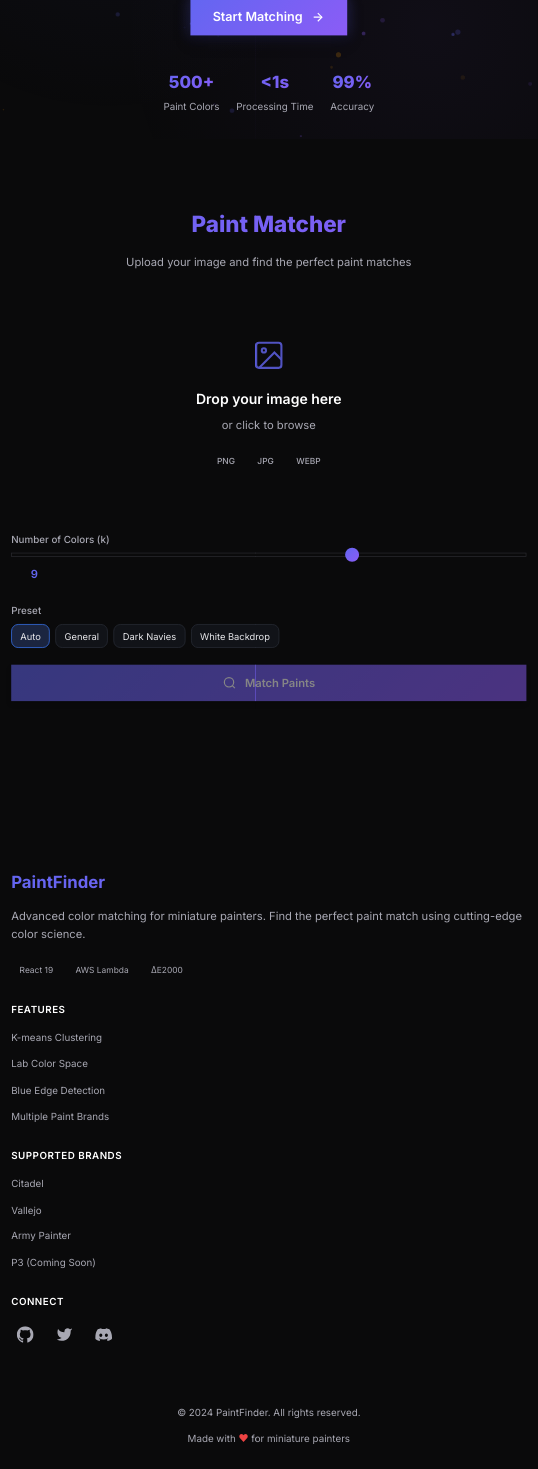
Repository: Aldentec/paint-finder-website
Page: /
An editor plug-in stored every save of this project. The page is shown before and after the next save, followed by the edit.
The browser window is 768 px wide. The pictures show the part of the page from y = 602 to 2842 px (the page is 2701 px tall before and 2842 px after), at 70% of full size.
The page's requests for data from a server got no answer. The project was rebuilt for these pictures with package versions that can differ from the ones it lists, and the page was loaded fresh each time. No one was signed in, and anything a server would have sent is missing. Also part of the build but not shown: src/components/PaletteDisplay/PaletteDisplay.css, src/components/PaletteDisplay/PaletteDisplay.js, src/components/MatchResults/MatchResults.css, src/components/MatchResults/MatchResults.js, src/components/ShoppingList/ShoppingList.css, src/components/ShoppingList/ShoppingList.js.

Above is the page before, as saved 2025-09-01 07:59:03.

### src/components/Header/Header.css
/* src/components/Header/Header.css */
.header {
  position: fixed;
  top: 0;
  left: 0;
  right: 0;
  z-index: 1000;
  background: rgba(10, 10, 11, 0.8);
  backdrop-filter: blur(12px);
  -webkit-backdrop-filter: blur(12px);
  border-bottom: 1px solid transparent;
  transition: var(--transition-smooth);
}

.header.scrolled {
  background: rgba(10, 10, 11, 0.95);
  border-bottom-color: var(--border);
  box-shadow: var(--shadow-lg);
}

.nav {
  display: flex;
  align-items: center;
  justify-content: space-between;
  height: 4rem;
}

.logo {
  display: flex;
  align-items: center;
  gap: 0.75rem;
  cursor: pointer;
  transition: var(--transition-base);
}

.logo:hover {
  transform: translateY(-2px);
}

.logo-text {
  font-size: 1.25rem;
  font-weight: 700;
  background: var(--gradient-primary);
  -webkit-background-clip: text;
  -webkit-text-fill-color: transparent;
  background-clip: text;
}

.nav-links {
  display: flex;
  align-items: center;
  gap: 2rem;
}

.nav-link {
  color: var(--text-secondary);
  text-decoration: none;
  font-weight: 500;
  font-size: 0.95rem;
  position: relative;
  transition: var(--transition-base);
  padding: 0.5rem 0;
}

.nav-link::after {
  content: '';
  position: absolute;
  bottom: 0;
  left: 0;
  width: 0;
  height: 2px;
  background: var(--gradient-primary);
  transition: width 0.3s ease;
}

.nav-link:hover {
  color: var(--text-primary);
}

.nav-link:hover::after {
  width: 100%;
}

.nav-link svg {
  vertical-align: middle;
  transition: var(--transition-base);
}

.nav-link:hover svg {
  transform: scale(1.1);
}

.mobile-menu-btn {
  display: none;
  flex-direction: column;
  justify-content: center;
  align-items: center;
  background: transparent;
  border: none;
  cursor: pointer;
  padding: 0.5rem;
  gap: 4px;
}

.menu-bar {
  width: 24px;
  height: 2px;
  background: var(--text-primary);
  border-radius: var(--radius-full);
  transition: var(--transition-bounce);
}

.menu-bar.open:nth-child(1) {
  transform: rotate(45deg) translate(5px, 5px);
}

.menu-bar.open:nth-child(2) {
  opacity: 0;
  transform: scale(0);
}

.menu-bar.open:nth-child(3) {
  transform: rotate(-45deg) translate(6px, -6px);
}

/* Mobile Styles */
@media (max-width: 768px) {
  .mobile-menu-btn {
    display: flex;
  }

  .nav-links {
    position: fixed;
    top: 4rem;
    left: 0;
    right: 0;
    background: rgba(10, 10, 11, 0.98);
    backdrop-filter: blur(12px);
    flex-direction: column;
    padding: 2rem;
    gap: 1rem;
    transform: translateY(-150%);
    transition: transform 0.3s ease;
    border-bottom: 1px solid var(--border);
  }

  .nav-links.mobile-open {
    transform: translateY(0);
  }

  .nav-link {
    width: 100%;
    text-align: center;
    padding: 1rem;
    border-radius: var(--radius-lg);
  }

  .nav-link:hover {
    background: var(--surface);
  }

  .nav-link::after {
    display: none;
  }
}

### src/components/Hero/Hero.css
/* src/components/Hero/Hero.css */
.hero {
  min-height: 100vh;
  display: flex;
  align-items: center;
  justify-content: center;
  position: relative;
  overflow: hidden;
  padding-top: 4rem;
}

.hero-canvas {
  position: absolute;
  top: 0;
  left: 0;
  width: 100%;
  height: 100%;
  z-index: 1;
  opacity: 0.6;
}

.hero-content {
  max-width: 800px;
  margin: 0 auto;
  padding: 2rem;
  text-align: center;
  position: relative;
  z-index: 2;
  animation: fadeIn 1s ease-out;
}

.hero-badge {
  display: inline-block;
  margin-bottom: 1.5rem;
  animation: slideInLeft 0.8s ease-out;
}

.badge-text {
  display: inline-block;
  padding: 0.5rem 1rem;
  background: rgba(99, 102, 241, 0.1);
  border: 1px solid rgba(99, 102, 241, 0.3);
  border-radius: var(--radius-full);
  font-size: 0.875rem;
  font-weight: 500;
  color: var(--primary-light);
}

.hero-title {
  font-size: clamp(2.5rem, 6vw, 4.5rem);
  font-weight: 900;
  line-height: 1.1;
  margin-bottom: 1.5rem;
  animation: slideInRight 0.8s ease-out;
}

.title-gradient {
  display: block;
  background: linear-gradient(135deg, #6366f1 0%, #8b5cf6 50%, #f59e0b 100%);
  -webkit-background-clip: text;
  -webkit-text-fill-color: transparent;
  background-clip: text;
  margin-bottom: 0.5rem;
}

.title-regular {
  display: block;
  color: var(--text-primary);
}

.hero-description {
  font-size: 1.125rem;
  line-height: 1.7;
  color: var(--text-secondary);
  max-width: 600px;
  margin: 0 auto 2rem;
  animation: fadeIn 1s ease-out 0.2s both;
}

.hero-features {
  display: flex;
  flex-wrap: wrap;
  gap: 1rem;
  justify-content: center;
  margin-bottom: 2rem;
  animation: fadeIn 1s ease-out 0.4s both;
}

.feature-item {
  display: flex;
  align-items: center;
  gap: 0.5rem;
  padding: 0.5rem 1rem;
  background: var(--surface);
  border: 1px solid var(--border);
  border-radius: var(--radius-lg);
  font-size: 0.875rem;
  color: var(--text-secondary);
  transition: var(--transition-base);
}

.feature-item:hover {
  border-color: var(--primary);
  color: var(--text-primary);
  transform: translateY(-2px);
}

.feature-item svg {
  color: var(--success);
  flex-shrink: 0;
}

.hero-cta {
  display: inline-flex;
  align-items: center;
  gap: 0.75rem;
  padding: 1rem 2rem;
  background: var(--gradient-primary);
  color: white;
  border: none;
  border-radius: var(--radius-full);
  font-size: 1.125rem;
  font-weight: 600;
  cursor: pointer;
  transition: var(--transition-bounce);
  box-shadow: var(--shadow-lg), var(--shadow-glow);
  animation: fadeIn 1s ease-out 0.6s both;
}

.hero-cta:hover {
  transform: translateY(-3px);
  box-shadow: var(--shadow-xl), 0 0 30px rgba(99, 102, 241, 0.5);
}

.hero-cta svg {
  transition: var(--transition-base);
}

.hero-cta:hover svg {
  transform: translateX(4px);
}

.hero-stats {
  display: flex;
  justify-content: center;
  gap: 3rem;
  margin-top: 3rem;
  animation: fadeIn 1s ease-out 0.8s both;
}

.stat-item {
  text-align: center;
}

.stat-number {
  display: block;
  font-size: 2rem;
  font-weight: 800;
  background: var(--gradient-primary);
  -webkit-background-clip: text;
  -webkit-text-fill-color: transparent;
  background-clip: text;
  margin-bottom: 0.25rem;
}

.stat-label {
  display: block;
  font-size: 0.875rem;
  color: var(--text-secondary);
}

.hero-scroll {
  position: absolute;
  bottom: 2rem;
  left: 50%;
  transform: translateX(-50%);
  display: flex;
  flex-direction: column;
  align-items: center;
  gap: 0.5rem;
  color: var(--text-muted);
  font-size: 0.875rem;
  animation: float 3s ease-in-out infinite;
}

.scroll-arrow {
  width: 20px;
  height: 20px;
  border-right: 2px solid var(--text-muted);
  border-bottom: 2px solid var(--text-muted);
  transform: rotate(45deg);
  animation: pulse 2s ease-in-out infinite;
}

/* Mobile Styles */
@media (max-width: 768px) {
  .hero-features {
    flex-direction: column;
  }

  .feature-item {
    width: 100%;
    justify-content: center;
  }

  .hero-stats {
    gap: 1.5rem;
  }

  .stat-number {
    font-size: 1.5rem;
  }

  .hero-scroll {
    display: none;
  }
}

### src/components/PaintMatcher/PaintMatcher.css
/* src/components/PaintMatcher/PaintMatcher.css */
.paint-matcher {
  padding: 6rem 0 4rem;
  min-height: 100vh;
}

.section-header {
  text-align: center;
  margin-bottom: 3rem;
}

.section-title {
  font-size: 3rem;
  font-weight: 800;
  margin-bottom: 1rem;
  background: var(--gradient-primary);
  -webkit-background-clip: text;
  -webkit-text-fill-color: transparent;
  background-clip: text;
}

.section-subtitle {
  font-size: 1.25rem;
  color: var(--text-secondary);
}

.matcher-grid {
  display: grid;
  grid-template-columns: 400px 1fr;
  gap: 2rem;
  align-items: start;
}

.upload-section {
  position: sticky;
  top: 5rem;
}

.controls {
  margin-top: 1.5rem;
  display: flex;
  flex-direction: column;
  gap: 1.5rem;
}

.control-group {
  display: flex;
  flex-direction: column;
  gap: 0.5rem;
}

.control-label {
  font-size: 0.875rem;
  font-weight: 500;
  color: var(--text-secondary);
}

.range-input {
  -webkit-appearance: none;
  appearance: none;
  width: 100%;
  height: 6px;
  background: var(--surface-light);
  border-radius: var(--radius-full);
  outline: none;
  transition: var(--transition-base);
}

.range-input::-webkit-slider-thumb {
  -webkit-appearance: none;
  appearance: none;
  width: 20px;
  height: 20px;
  background: var(--gradient-primary);
  border-radius: 50%;
  cursor: pointer;
  transition: var(--transition-base);
}

.range-input::-webkit-slider-thumb:hover {
  transform: scale(1.2);
  box-shadow: var(--shadow-glow);
}

.range-input::-moz-range-thumb {
  width: 20px;
  height: 20px;
  background: var(--gradient-primary);
  border-radius: 50%;
  cursor: pointer;
  transition: var(--transition-base);
}

.range-value {
  display: inline-block;
  padding: 0.25rem 0.75rem;
  background: var(--surface-light);
  border-radius: var(--radius-md);
  font-weight: 600;
  color: var(--primary);
  margin-left: 1rem;
}

.match-button {
  display: flex;
  align-items: center;
  justify-content: center;
  gap: 0.75rem;
  width: 100%;
  padding: 1rem;
  background: var(--gradient-primary);
  color: white;
  border: none;
  border-radius: var(--radius-lg);
  font-size: 1rem;
  font-weight: 600;
  cursor: pointer;
  transition: var(--transition-bounce);
  box-shadow: var(--shadow-md);
}

.match-button:hover:not(:disabled) {
  transform: translateY(-2px);
  box-shadow: var(--shadow-lg), var(--shadow-glow);
}

.match-button:disabled {
  opacity: 0.5;
  cursor: not-allowed;
}

.spinner {
  width: 20px;
  height: 20px;
  border: 2px solid rgba(255, 255, 255, 0.3);
  border-top-color: white;
  border-radius: 50%;
  animation: spin 0.8s linear infinite;
}

.error-message {
  display: flex;
  align-items: center;
  gap: 0.5rem;
  padding: 1rem;
  background: rgba(239, 68, 68, 0.1);
  border: 1px solid rgba(239, 68, 68, 0.3);
  border-radius: var(--radius-lg);
  color: #ef4444;
  font-size: 0.875rem;
}

.results-section {
  display: flex;
  flex-direction: column;
  gap: 2rem;
}

/* Mobile Styles */
@media (max-width: 1024px) {
  .matcher-grid {
    grid-template-columns: 1fr;
  }

  .upload-section {
    position: static;
  }
}

@media (max-width: 768px) {
  .section-title {
    font-size: 2rem;
  }

  .section-subtitle {
    font-size: 1rem;
  }
}

### src/components/PresetSelector/PresetSelector.jsx
// src/components/PresetSelector.jsx
import React from "react";
import { PRESETS } from "../../utils/presets";

export default function PresetSelector({ value, onChange }) {
  return (
    <div role="group" aria-label="Mode" style={{ display:"flex", gap:8, flexWrap:"wrap" }}>
      {Object.entries(PRESETS).map(([key, meta]) => (
        <button
          key={key}
          type="button"
          onClick={() => onChange(key)}
          title={meta.desc}
          style={{
            padding:"8px 12px",
            borderRadius:10,
            border: value === key ? "1px solid #3b7bfd" : "1px solid #2a2e38",
            background: value === key ? "#1b2540" : "#111318",
            color:"#e7e7ea",
            cursor:"pointer"
          }}
        >
          {meta.label}
        </button>
      ))}
    </div>
  );
}

### src/components/Footer/Footer.css
/* src/components/Footer/Footer.css */
.footer {
  margin-top: 6rem;
  padding: 3rem 0 2rem;
  background: var(--surface);
  border-top: 1px solid var(--border);
}

.footer-content {
  display: grid;
  grid-template-columns: 2fr 1fr 1fr 1fr;
  gap: 3rem;
  margin-bottom: 3rem;
}

.footer-section {
  display: flex;
  flex-direction: column;
  gap: 1rem;
}

.footer-title {
  font-size: 1.5rem;
  font-weight: 700;
  background: var(--gradient-primary);
  -webkit-background-clip: text;
  -webkit-text-fill-color: transparent;
  background-clip: text;
}

.footer-description {
  color: var(--text-secondary);
  line-height: 1.6;
}

.footer-badges {
  display: flex;
  flex-wrap: wrap;
  gap: 0.5rem;
  margin-top: 0.5rem;
}

.tech-badge {
  padding: 0.25rem 0.75rem;
  background: var(--surface-light);
  border: 1px solid var(--border);
  border-radius: var(--radius-full);
  font-size: 0.75rem;
  color: var(--text-secondary);
}

.footer-subtitle {
  font-size: 0.875rem;
  font-weight: 600;
  text-transform: uppercase;
  letter-spacing: 0.05em;
  color: var(--text-primary);
}

.footer-links {
  list-style: none;
  display: flex;
  flex-direction: column;
  gap: 0.75rem;
}

.footer-links a {
  color: var(--text-secondary);
  text-decoration: none;
  font-size: 0.875rem;
  transition: var(--transition-base);
}

.footer-links a:hover {
  color: var(--primary);
  transform: translateX(4px);
}

.social-links {
  display: flex;
  gap: 1rem;
}

.social-link {
  width: 40px;
  height: 40px;
  display: flex;
  align-items: center;
  justify-content: center;
  background: var(--surface-light);
  border: 1px solid var(--border);
  border-radius: var(--radius-lg);
  color: var(--text-secondary);
  transition: var(--transition-bounce);
}

.social-link:hover {
  background: var(--gradient-primary);
  border-color: transparent;
  color: white;
  transform: translateY(-4px);
  box-shadow: var(--shadow-lg), var(--shadow-glow);
}

.footer-bottom {
  padding-top: 2rem;
  border-top: 1px solid var(--border);
  display: flex;
  justify-content: space-between;
  align-items: center;
}

.copyright {
  color: var(--text-secondary);
  font-size: 0.875rem;
}

.made-with {
  color: var(--text-secondary);
  font-size: 0.875rem;
}

.heart {
  color: var(--error);
  animation: pulse 2s ease-in-out infinite;
}

/* Mobile Styles */
@media (max-width: 768px) {
  .footer-content {
    grid-template-columns: 1fr;
    gap: 2rem;
  }

  .footer-bottom {
    flex-direction: column;
    gap: 1rem;
    text-align: center;
  }
}

### src/components/ImageUploader/ImageUploader.css
/* src/components/ImageUploader/ImageUploader.css */
.image-uploader {
  width: 100%;
}

.file-input {
  display: none;
}

.upload-area {
  position: relative;
  width: 100%;
  min-height: 300px;
  background: var(--surface);
  border: 2px dashed var(--border);
  border-radius: var(--radius-xl);
  cursor: pointer;
  transition: var(--transition-smooth);
  overflow: hidden;
}

.upload-area:hover {
  border-color: var(--primary);
  background: var(--surface-light);
}

.upload-area.dragging {
  border-color: var(--primary);
  background: rgba(99, 102, 241, 0.05);
  transform: scale(1.02);
}

.upload-area.has-image {
  border-style: solid;
}

.preview-container {
  position: relative;
  width: 100%;
  height: 100%;
}

.preview-image {
  width: 100%;
  height: 100%;
  object-fit: contain;
  display: block;
}

.preview-overlay {
  position: absolute;
  top: 0;
  left: 0;
  right: 0;
  bottom: 0;
  background: rgba(0, 0, 0, 0.7);
  display: flex;
  flex-direction: column;
  align-items: center;
  justify-content: center;
  gap: 0.5rem;
  color: white;
  opacity: 0;
  transition: var(--transition-base);
}

.preview-container:hover .preview-overlay {
  opacity: 1;
}

.upload-placeholder {
  display: flex;
  flex-direction: column;
  align-items: center;
  justify-content: center;
  padding: 3rem 2rem;
  text-align: center;
}

.upload-icon {
  margin-bottom: 1rem;
  color: var(--primary);
  opacity: 0.8;
}

.upload-title {
  font-size: 1.25rem;
  font-weight: 600;
  color: var(--text-primary);
  margin-bottom: 0.5rem;
}

.upload-subtitle {
  color: var(--text-secondary);
  margin-bottom: 1.5rem;
}

.upload-formats {
  display: flex;
  gap: 0.5rem;
}

.format-badge {
  padding: 0.25rem 0.75rem;
  background: var(--surface-light);
  border: 1px solid var(--border);
  border-radius: var(--radius-full);
  font-size: 0.75rem;
  font-weight: 500;
  color: var(--text-secondary);
}

Loaded but not shown: public/index.html (common file); src/index.js (common file); src/index.css (common file); src/reportWebVitals.js (common file); src/utils/usePalette.js (210 lines, source omitted); src/components/PaintMatcher/PaintMatcher.js (200 lines, source omitted); src/components/Hero/Hero.js (147 lines, source omitted); src/components/Footer/Footer.js (76 lines, source omitted); src/components/Header/Header.js (63 lines, source omitted); src/components/ImageUploader/ImageUploader.js (86 lines, source omitted); src/utils/presets.js (40 lines, source omitted); src/App.js (20 lines, source omitted); src/App.css (240 lines, source omitted)

After the next save:
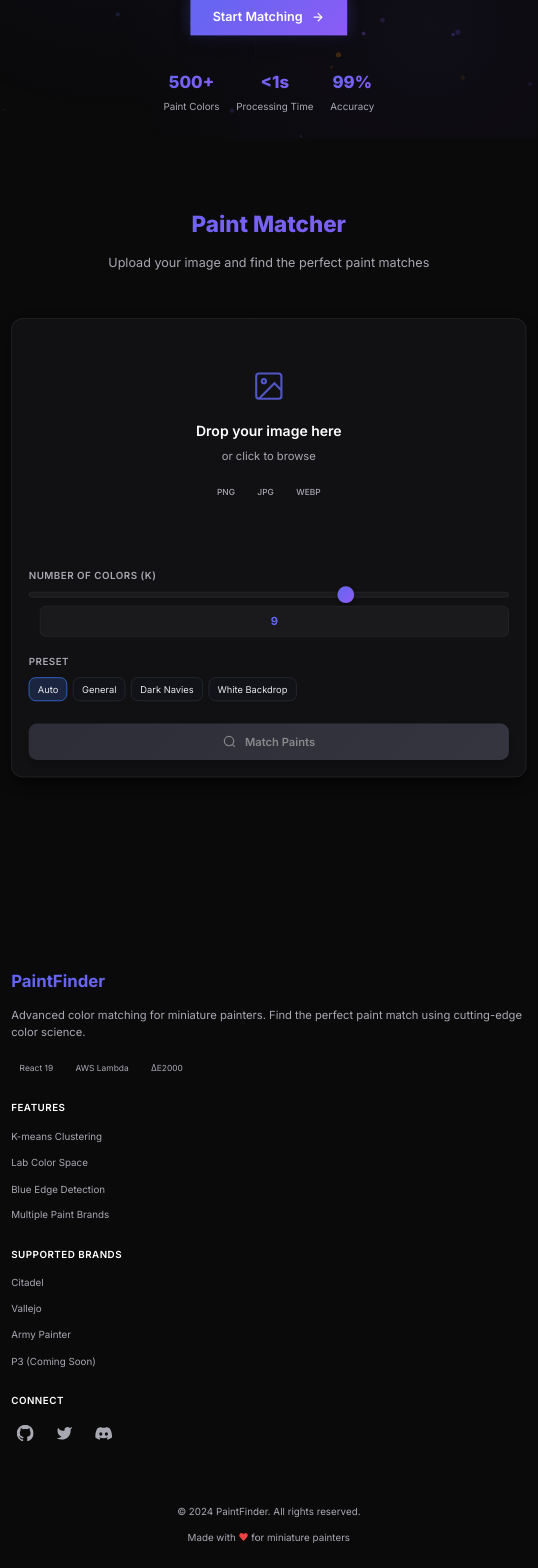
Saved 15 s later.
--- a/src/components/PaintMatcher/PaintMatcher.css
+++ b/src/components/PaintMatcher/PaintMatcher.css
@@ -1,16 +1,17 @@
 /* src/components/PaintMatcher/PaintMatcher.css */
 .paint-matcher {
-  padding: 6rem 0 4rem;
+  padding: 6rem 0;
   min-height: 100vh;
+  background: var(--bg-primary);
 }
 
 .section-header {
   text-align: center;
-  margin-bottom: 3rem;
+  margin-bottom: 4rem;
 }
 
 .section-title {
-  font-size: 3rem;
+  font-size: 2.5rem;
   font-weight: 800;
   margin-bottom: 1rem;
   background: var(--gradient-primary);
@@ -20,24 +21,31 @@
 }
 
 .section-subtitle {
-  font-size: 1.25rem;
+  font-size: 1.125rem;
   color: var(--text-secondary);
+  max-width: 600px;
+  margin: 0 auto;
 }
 
 .matcher-grid {
   display: grid;
-  grid-template-columns: 400px 1fr;
-  gap: 2rem;
+  grid-template-columns: 450px 1fr;
+  gap: 3rem;
   align-items: start;
 }
 
 .upload-section {
   position: sticky;
   top: 5rem;
+  background: var(--bg-secondary);
+  border: 1px solid var(--border-color);
+  border-radius: 16px;
+  padding: 2rem;
+  box-shadow: var(--shadow-lg);
 }
 
 .controls {
-  margin-top: 1.5rem;
+  margin-top: 2rem;
   display: flex;
   flex-direction: column;
   gap: 1.5rem;
@@ -46,59 +54,65 @@
 .control-group {
   display: flex;
   flex-direction: column;
-  gap: 0.5rem;
+  gap: 0.75rem;
 }
 
 .control-label {
   font-size: 0.875rem;
-  font-weight: 500;
+  font-weight: 600;
   color: var(--text-secondary);
+  text-transform: uppercase;
+  letter-spacing: 0.05em;
 }
 
 .range-input {
   -webkit-appearance: none;
   appearance: none;
   width: 100%;
-  height: 6px;
-  background: var(--surface-light);
-  border-radius: var(--radius-full);
+  height: 8px;
+  background: var(--bg-tertiary);
+  border-radius: 4px;
   outline: none;
-  transition: var(--transition-base);
 }
 
 .range-input::-webkit-slider-thumb {
   -webkit-appearance: none;
   appearance: none;
-  width: 20px;
-  height: 20px;
+  width: 24px;
+  height: 24px;
   background: var(--gradient-primary);
   border-radius: 50%;
   cursor: pointer;
-  transition: var(--transition-base);
+  box-shadow: var(--shadow-md);
+  transition: transform 0.2s ease;
 }
 
 .range-input::-webkit-slider-thumb:hover {
-  transform: scale(1.2);
+  transform: scale(1.1);
   box-shadow: var(--shadow-glow);
 }
 
 .range-input::-moz-range-thumb {
-  width: 20px;
-  height: 20px;
+  width: 24px;
+  height: 24px;
   background: var(--gradient-primary);
   border-radius: 50%;
   cursor: pointer;
-  transition: var(--transition-base);
+  box-shadow: var(--shadow-md);
+  border: none;
 }
 
 .range-value {
   display: inline-block;
-  padding: 0.25rem 0.75rem;
-  background: var(--surface-light);
-  border-radius: var(--radius-md);
-  font-weight: 600;
+  padding: 0.5rem 1rem;
+  background: var(--bg-tertiary);
+  border: 1px solid var(--border-color);
+  border-radius: 8px;
+  font-weight: 700;
   color: var(--primary);
   margin-left: 1rem;
+  min-width: 50px;
+  text-align: center;
 }
 
 .match-button {
@@ -107,32 +121,34 @@
   justify-content: center;
   gap: 0.75rem;
   width: 100%;
-  padding: 1rem;
+  padding: 1rem 1.5rem;
   background: var(--gradient-primary);
   color: white;
   border: none;
-  border-radius: var(--radius-lg);
+  border-radius: 12px;
   font-size: 1rem;
   font-weight: 600;
   cursor: pointer;
-  transition: var(--transition-bounce);
+  transition: all 0.3s ease;
   box-shadow: var(--shadow-md);
+  margin-top: 0.5rem;
 }
 
 .match-button:hover:not(:disabled) {
   transform: translateY(-2px);
-  box-shadow: var(--shadow-lg), var(--shadow-glow);
+  box-shadow: var(--shadow-xl), var(--shadow-glow);
 }
 
 .match-button:disabled {
   opacity: 0.5;
   cursor: not-allowed;
+  background: linear-gradient(135deg, #4a4a5e 0%, #5a5a6e 100%);
 }
 
 .spinner {
   width: 20px;
   height: 20px;
-  border: 2px solid rgba(255, 255, 255, 0.3);
+  border: 3px solid rgba(255, 255, 255, 0.3);
   border-top-color: white;
   border-radius: 50%;
   animation: spin 0.8s linear infinite;
@@ -141,13 +157,14 @@
 .error-message {
   display: flex;
   align-items: center;
-  gap: 0.5rem;
+  gap: 0.75rem;
   padding: 1rem;
   background: rgba(239, 68, 68, 0.1);
   border: 1px solid rgba(239, 68, 68, 0.3);
-  border-radius: var(--radius-lg);
+  border-radius: 8px;
   color: #ef4444;
   font-size: 0.875rem;
+  font-weight: 500;
 }
 
 .results-section {
@@ -156,10 +173,34 @@
   gap: 2rem;
 }
 
-/* Mobile Styles */
+/* Preset Selector Styles */
+select {
+  width: 100%;
+  padding: 0.75rem 1rem;
+  background: var(--bg-tertiary);
+  border: 1px solid var(--border-color);
+  border-radius: 8px;
+  color: var(--text-primary);
+  font-size: 0.95rem;
+  cursor: pointer;
+  transition: all 0.2s ease;
+}
+
+select:hover {
+  border-color: var(--border-light);
+  background: var(--bg-hover);
+}
+
+select:focus {
+  border-color: var(--primary);
+  box-shadow: 0 0 0 3px rgba(99, 102, 241, 0.1);
+}
+
+/* Mobile Responsive */
 @media (max-width: 1024px) {
   .matcher-grid {
     grid-template-columns: 1fr;
+    gap: 2rem;
   }
 
   .upload-section {
@@ -172,7 +213,7 @@
     font-size: 2rem;
   }
 
-  .section-subtitle {
-    font-size: 1rem;
-  }
-}
+  .upload-section {
+    padding: 1.5rem;
+  }
+}
